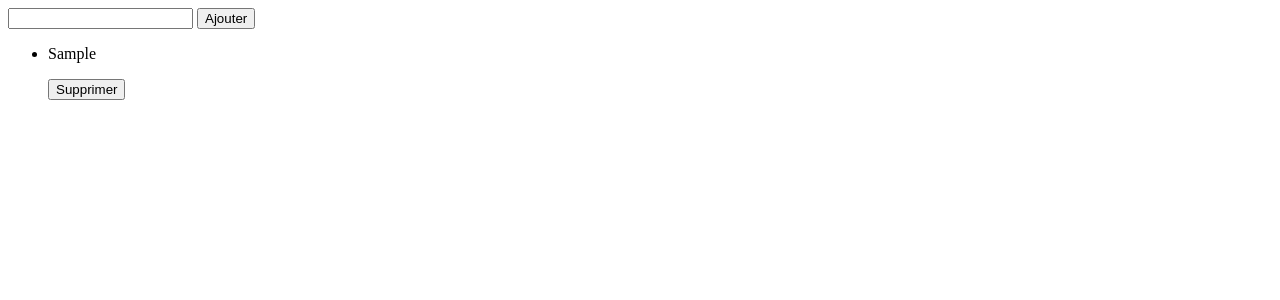
Repository: Coumba25040/coumbaProjet
Page: exoGPT/EXO/miniProjetDom.html
These files come from the project's save history. The page is drawn as it stood at one moment and after the next save; the edit follows.
The browser window is 1280 px wide. The pictures show the whole page.
Empty fields were first filled with sample values (such as "Sample", 5 or name@example.com).
After loading, the first visible `#ajouter` was clicked once.

Above is the page before, as saved 2025-07-06 19:00:39.

### exoGPT/EXO/miniProjetDom.html
<!DOCTYPE html>
<html lang="en">
<head>
    <meta charset="UTF-8">
    <meta name="viewport" content="width=device-width, initial-scale=1.0">
    <title>Document</title>
</head>
<body>
    <input id="input" type="text" placeholder="ajouter une tâche">
    <button id="ajouter">Ajouter</button>
    <div id="containerTâche">
        <ul id="liste">

        </ul>
    </div>
    <script src="miniProjetDom.js"></script>
</body>
</html>

### exoGPT/EXO/miniProjetDom.js
let input = document.getElementById("input")
let containerTâche = document.getElementById("containerTâche")
let btnAjouter = document.getElementById("ajouter")
let liste = document.getElementById("liste")



btnAjouter.addEventListener('click', (e) => {

afficherTache()

})

function afficherTache() {

     const li =  document.createElement('li')
     const p = document.createElement('p')
     p.textContent =  input.value

     const btnSupprimer = document.createElement('button')
     btnSupprimer.textContent = "Supprimer"

     btnSupprimer.addEventListener('click', (e) => {
        li.remove()
     })

     liste.appendChild(li)
     li.appendChild(p)
     li.appendChild(btnSupprimer)

     input.value = " "
}

After the next save:
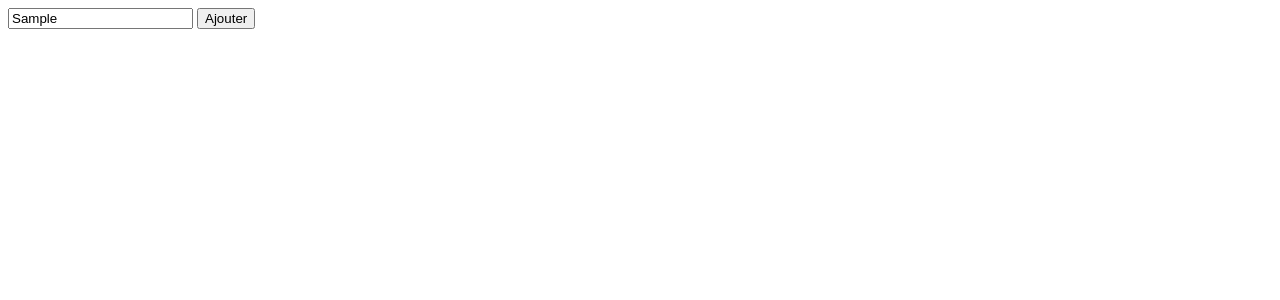
Console error: TypeError: Failed to execute 'appendChild' on 'Node': parameter 1 is not of type 'Node'.
Saved 14 h 27 min later.
--- a/exoGPT/EXO/miniProjetDom.js
+++ b/exoGPT/EXO/miniProjetDom.js
@@ -13,7 +13,7 @@ afficherTache()
 
 function afficherTache() {
 
-     const li =  document.createElement('li')
+     const li =  document.createElement('li').classList
      const p = document.createElement('p')
      p.textContent =  input.value
 
